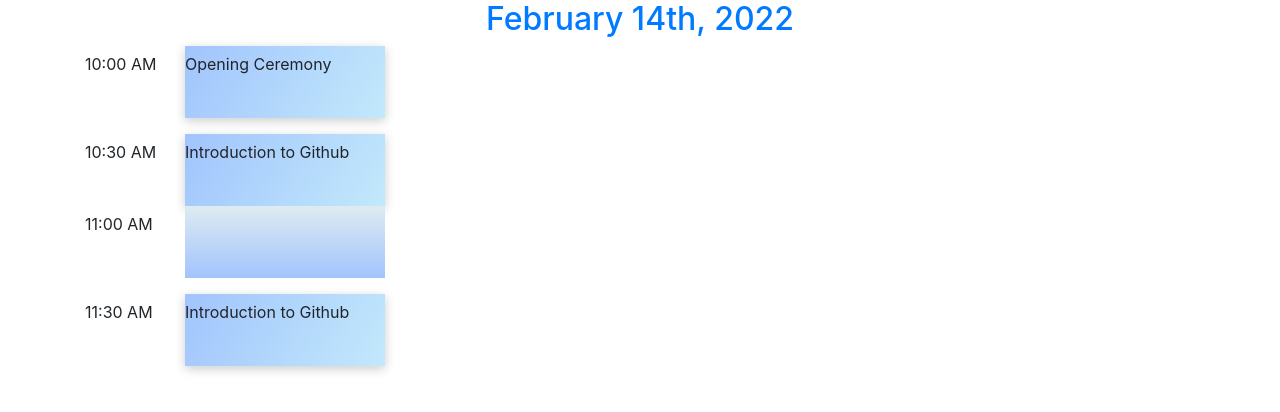
Repository: BaileyLuu/yuHacks2022
Page: public/schedule.html
An editor plug-in stored every save of this project. The page is shown before and after the next save, followed by the edit.
The browser window is 1280 px wide. The pictures show the whole page.
Some web libraries are served in a nearby version.

Above is the page before, as saved 2021-11-20 13:20:35.

### public/schedule.html
<!DOCTYPE html>
<html lang="en">

<head>
    <meta charset="UTF-8">
    <meta http-equiv="X-UA-Compatible" content="IE=edge">
    <meta name="viewport" content="width=device-width, initial-scale=1.0">

    <script src="https://ajax.googleapis.com/ajax/libs/jquery/3.5.1/jquery.min.js"></script>

    <!-- Popper JS -->
    <script src="https://cdnjs.cloudflare.com/ajax/libs/popper.js/1.12.9/umd/popper.min.js"
        integrity="sha384-ApNbgh9B+Y1QKtv3Rn7W3mgPxhU9K/ScQsAP7hUibX39j7fakFPskvXusvfa0b4Q"
        crossorigin="anonymous"></script>

    <!-- Latest compiled JavaScript -->
    <script src="https://maxcdn.bootstrapcdn.com/bootstrap/4.0.0/js/bootstrap.min.js"
        integrity="sha384-JZR6Spejh4U02d8jOt6vLEHfe/JQGiRRSQQxSfFWpi1MquVdAyjUar5+76PVCmYl"
        crossorigin="anonymous"></script>

    <!-- Latest compiled and minified CSS -->
    <link rel="stylesheet" href="https://maxcdn.bootstrapcdn.com/bootstrap/4.0.0/css/bootstrap.min.css"
        integrity="sha384-Gn5384xqQ1aoWXA+058RXPxPg6fy4IWvTNh0E263XmFcJlSAwiGgFAW/dAiS6JXm" crossorigin="anonymous">

    <!-- AOS CSS Library CDN -->
    <link href="https://unpkg.com/aos@2.3.1/dist/aos.css" rel="stylesheet">
    <!-- Bootstrap Icons -->
    <link rel="stylesheet" href="https://cdn.jsdelivr.net/npm/bootstrap-icons@1.7.0/font/bootstrap-icons.css">



    <script src="https://code.jquery.com/jquery-3.2.1.slim.min.js"
        integrity="sha384-KJ3o2DKtIkvYIK3UENzmM7KCkRr/rE9/Qpg6aAZGJwFDMVNA/GpGFF93hXpG5KkN"
        crossorigin="anonymous"></script>
    <link rel="stylesheet" href="./schedule.css">
    <script src="schedule.js"></script>
    <script src="https://ajax.googleapis.com/ajax/libs/jquery/3.3.1/jquery.min.js"></script>
    <title>yuHacks Schedule</title>
</head>

<body>
    <section class="">
        <div class="container">
            <h2 class="text-primary title text-center">February 14th, 2022</h1>

                <!-- <div class="row row-cols-2">
          <div class="col">Column</div>
          <div class="col">Column</div>
          <div class="col">Column</div>
          <div class="col">Column</div>
          <div class="col">Column</div>
          <div class="col">Column</div>

        </div>
        <div class="row row-cols-2">
            <div class="col">Column</div>
            <div class="col">Column</div>
            <div class="col">Column</div>
            <div class="col">Column</div>
            <div class="col">Column</div>
            <div class="col">Column</div>

          </div> -->
                <div class="schedule-table">



                    <div class="box schedule-time mb-3">
                        <div class="schedule-time" style="width: 100px;">10:00 AM</div>
                        <div class="session-box schedule-time">Opening Ceremony</div>

                    </div>
                    <div class="box schedule-time">
                        <div class="schedule-time" style="width: 100px;">10:30 AM</div>
                        <div class="session-box schedule-time">Introduction to Github</div>

                    </div>
                    <div class="box schedule-time mb-3">
                        <div class="schedule-time" style="width: 100px;">11:00 AM</div>
                        <div class="extra-time schedule-time"></div>

                    </div>
                    <div class="box schedule-time">
                        <div class="schedule-time" style="width: 100px;">11:30 AM</div>
                        <div class="session-box schedule-time">Introduction to Github</div>

                    </div>

                    <!-- <div class="col-md-8">
              <div>Introduction to Github</div>
              <div></div>
              <div>Introduction to Bootstrap</div>
          </div> -->

                </div>
        </div>
    </section>

    <script src="https://cdnjs.cloudflare.com/ajax/libs/jquery/3.6.0/jquery.min.js"
        integrity="sha512-894YE6QWD5I59HgZOGReFYm4dnWc1Qt5NtvYSaNcOP+u1T9qYdvdihz0PPSiiqn/+/3e7Jo4EaG7TubfWGUrMQ=="
        crossorigin="anonymous" referrerpolicy="no-referrer"></script>
    <!-- Option 1: Bootstrap Bundle with Popper -->
    <script src="https://cdn.jsdelivr.net/npm/bootstrap@5.1.3/dist/js/bootstrap.bundle.min.js"
        integrity="sha384-ka7Sk0Gln4gmtz2MlQnikT1wXgYsOg+OMhuP+IlRH9sENBO0LRn5q+8nbTov4+1p"
        crossorigin="anonymous"></script>

    <script src="https://unpkg.com/aos@2.3.1/dist/aos.js"></script>
    <script>
        AOS.init({
            offset: 500,
            duration: 800,
            once: true,
        }

        );
    </script>
</body>

</html>

### public/schedule.css
/* body {
    background-color: #141c3c;
  } */

.schedule-time{
  display:flex;
  flex-direction: column;
  width: 200px;
  height:10vh;
  box-sizing: border-box;
  z-index: 50;
  line-height: 5vh;
  flex-wrap: wrap;
}
.session-box{
  background-image: linear-gradient(120deg, #a1c4fd 0%, #c2e9fb 100%);
  box-shadow: 0 3px 10px rgb(0 0 0 / 0.2);
  position:relative;
  flex-wrap: wrap;
}
.extra-time{
  background-image: linear-gradient(180deg, #deebf1 0%, #a1c4fd 100%);
  /* box-shadow: 0 3px 10px rgb(0 0 0 / 0.2); */
  position:relative;
  flex-wrap: wrap;
  border:0;
}
.empty-box{
  background-image: white;
  box-shadow: 0 3px 10px rgb(0 0 0 / 0.2);
  position:relative;
  flex-wrap: wrap;
}
.schedule-table{
  display:flex;
  flex-direction:column;

}
/* .box>* {
  flex: 1 1 70px;
} */

Loaded but not shown: public/schedule.js (no copy from this time; the picture is the same without it)

After the next save:
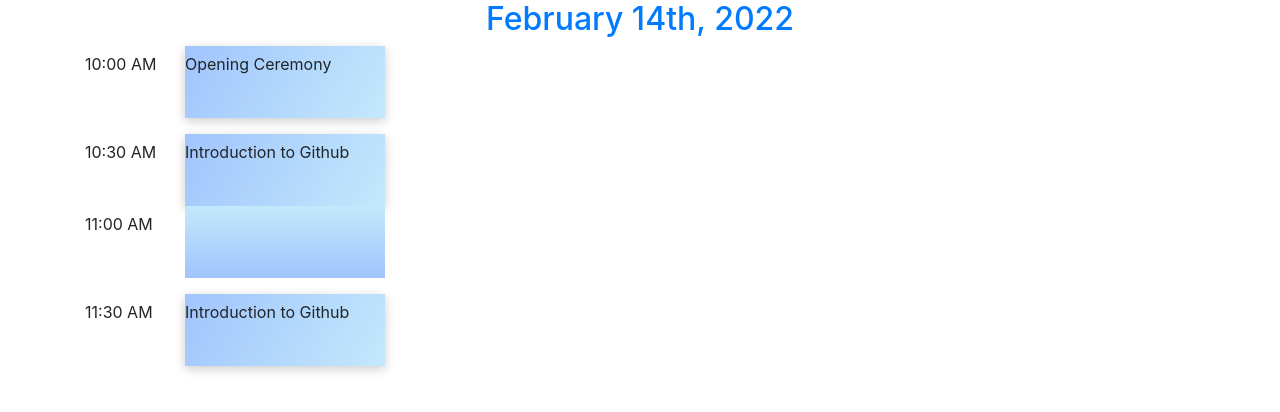
Saved 6 s later.
--- a/public/schedule.css
+++ b/public/schedule.css
@@ -19,7 +19,7 @@
   flex-wrap: wrap;
 }
 .extra-time{
-  background-image: linear-gradient(180deg, #deebf1 0%, #a1c4fd 100%);
+  background-image: linear-gradient(180deg, #c2e9fb 0%, #a1c4fd 100%);
   /* box-shadow: 0 3px 10px rgb(0 0 0 / 0.2); */
   position:relative;
   flex-wrap: wrap;
